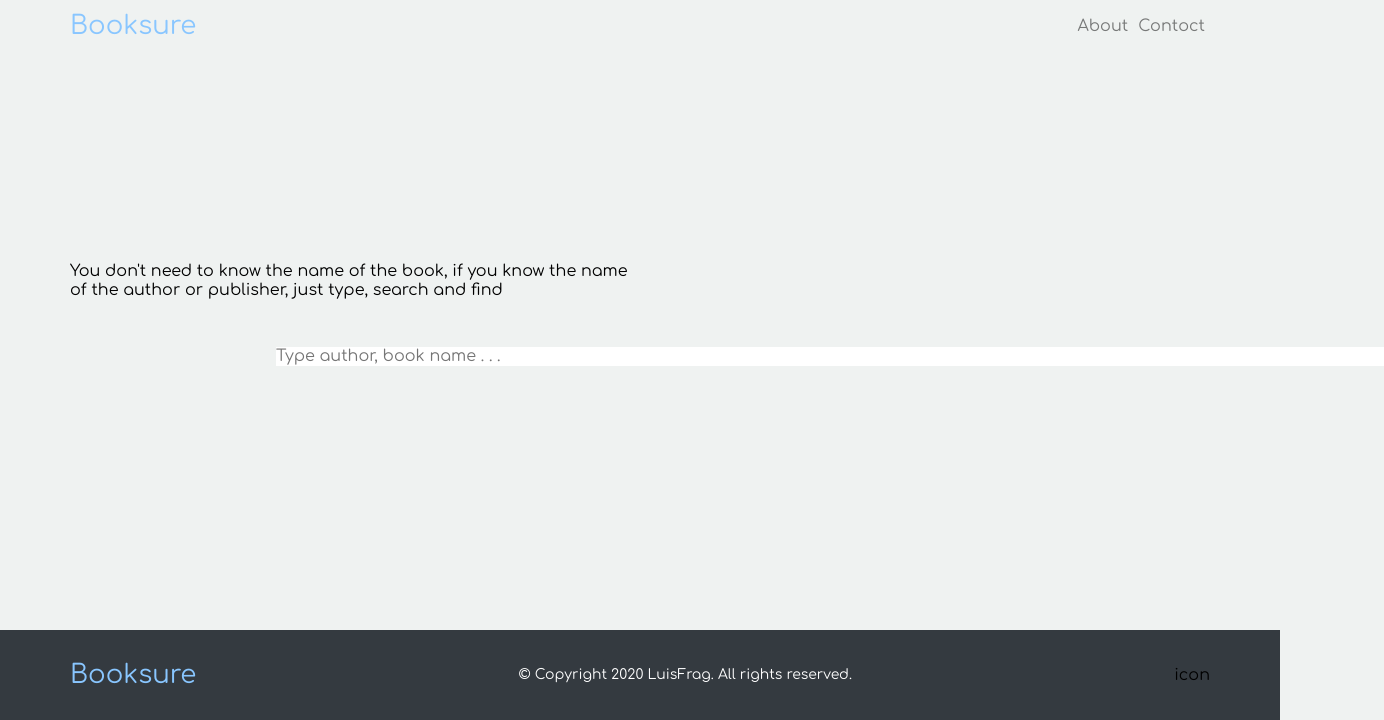
Repository: changesxxx/searchBooks
Page: /search
These files come from the project's save history. The page is drawn as it stood at one moment and after the next save; the edit follows.
The browser window is 1280 px wide. The page is 1384 px wide, then 1280 px, so the pictures cover 1384 px, including what lies to the right of the window. The pictures show the whole page.
The project was rebuilt for these pictures with package versions that can differ from the ones it lists, and the page was loaded fresh each time. Also part of the build but not shown: craco.config.js.

Above is the page before, as saved 2024-06-24 17:49:05.

### public/index.html
<!DOCTYPE html>
<html lang="en">

<head>
  <meta charset="utf-8" />
  <link rel="icon" href="%PUBLIC_URL%/favicon.ico" />
  <meta name="viewport" content="width=device-width, initial-scale=1" />
  <meta name="theme-color" content="#000000" />
  <meta name="description" content="Web site created using create-react-app" />
  <link rel="apple-touch-icon" href="%PUBLIC_URL%/logo192.png" />
  <!--
      manifest.json provides metadata used when your web app is installed on a
      user's mobile device or desktop. See https://developers.google.com/web/fundamentals/web-app-manifest/
    -->
  <link rel="manifest" href="%PUBLIC_URL%/manifest.json" />
  <!--
      Notice the use of %PUBLIC_URL% in the tags above.
      It will be replaced with the URL of the `public` folder during the build.
      Only files inside the `public` folder can be referenced from the HTML.

      Unlike "/favicon.ico" or "favicon.ico", "%PUBLIC_URL%/favicon.ico" will
      work correctly both with client-side routing and a non-root public URL.
      Learn how to configure a non-root public URL by running `npm run build`.
    -->
  <title>SearchBooks</title>
</head>

<body>
  <noscript>You need to enable JavaScript to run this app.</noscript>
  <div id="root"></div>
  <!--
      This HTML file is a template.
      If you open it directly in the browser, you will see an empty page.

      You can add webfonts, meta tags, or analytics to this file.
      The build step will place the bundled scripts into the <body> tag.

      To begin the development, run `npm start` or `yarn start`.
      To create a production bundle, use `npm run build` or `yarn build`.
    -->
</body>

</html>

### src/index.js
import React from 'react'

import ReactDOM from 'react-dom/client'

//router
import { BrowserRouter } from 'react-router-dom'

//css重置
import 'normalize.css'
import '@/assets/css/index.css'

import App from './App.jsx'

const root = ReactDOM.createRoot(document.getElementById('root'))

root.render(
  <BrowserRouter>
    <App />
  </BrowserRouter>,
)

### src/assets/css/index.css
@import './reset.css';
@import './common.css';

### src/App.jsx
import React, { memo, useEffect, useState, Suspense } from 'react'
import { useRoutes, useLocation } from 'react-router-dom'
import routes from '@/router'

import PageHeader from './components/pageHeader/PageHeader'
import PageFooter from './components/pageFooter/PageFooter'

const App = memo(() => {
  const [flag, setFlag] = useState(true)

  const location = useLocation()

  useEffect(() => {
    const isExistence = routes.some((route) => location.pathname === route.path)
    setFlag(isExistence)
  }, [location])

  return (
    <Suspense>
      <div
        style={{ display: 'flex', flexDirection: 'column', height: '100vh' }}
      >
        {flag && <PageHeader></PageHeader>}
        {useRoutes(routes)}
        {flag && <PageFooter></PageFooter>}
      </div>
    </Suspense>
  )
})

export default App

### src/assets/css/reset.css
/* 样式的重置 */
body,
html,
h1,
h2,
h3,
h4,
h5,
h6,
ul,
ol,
li,
dl,
dt,
dd,
header,
menu,
section,
p,
input,
td,
th,
ins {
  padding: 0;
  margin: 0;
}

ul,
ol,
li {
  list-style: none;
}

a {
  text-decoration: none;
  color: #666;
}

a:hover {
  color: #666;
  text-decoration: underline;
}

i,
em {
  font-style: normal;
}

input,
textarea,
button,
select,
a {
  outline: none;
  border: none;
}

table {
  border-collapse: collapse;
  border-spacing: 0;
}

img {
  border: none;
  vertical-align: middle;
}

### src/assets/css/common.css
body {
  background-color: #eff2f1;
  font-family: Comfortaa-Regular;
}

@font-face {
  font-family: Comfoorta-Bold;
  src: url('../font/Comfortaa-Bold.ttf');
}

@font-face {
  font-family: Comfortaa-Regular;
  src: url('../font/Comfortaa-Regular.ttf');
}

@font-face {
  font-family: Comfortaa-Light;
  src: url('../font/Comfortaa-Light.ttf');
}

.content_mid {
  width: 1140px;
  margin: 0 auto;
}

### src/router/index.js
import React from 'react'
import { Navigate } from 'react-router-dom'

//组件
const Home = React.lazy(() => import('@/view/home/Home'))
const Search = React.lazy(() => import('@/view/search/Search'))
const Error = React.lazy(() => import('@/view/error/Error'))

const routes = [
  {
    path: '/',
    element: <Navigate to="/home"></Navigate>,
  },
  {
    path: '/home',
    element: <Home />,
  },
  {
    path: '/search',
    element: <Search />,
  },
  {
    path: '*',
    element: <Error />,
  },
]

export default routes

### src/components/pageHeader/PageHeader.jsx
import React, { memo } from 'react'

import { useNavigate } from 'react-router-dom'

import HeaderWrapper from './style'

const PageHeader = memo(() => {
  const navigate = useNavigate()

  function goHome() {
    navigate('/home')
  }

  return (
    <HeaderWrapper className="content_mid">
      <div
        className="title"
        onClick={() => {
          goHome()
        }}
        style={{ cursor: 'pointer' }}
      >
        Booksure
      </div>
      <div className="other">
        <div className="item">About</div>
        <div className="item">Contoct</div>
      </div>
    </HeaderWrapper>
  )
})

export default PageHeader

### src/components/pageFooter/PageFooter.jsx
import React, { memo } from 'react'

import FooterWrapper from './style'

const PageFooter = memo(() => {
  return (
    <FooterWrapper>
      <div className="content_mid content ">
        <div className="title">Booksure</div>
        <div className="text">
          © Copyright 2020 LuisFrag. All rights reserved.
        </div>
        <div className="icon">icon</div>
      </div>
    </FooterWrapper>
  )
})

export default PageFooter

### src/view/search/Search.jsx
import React, { memo } from 'react'

import SearchWrapper from './style'

const Search = memo(() => {
  return (
    <SearchWrapper className="content_mid">
      <div className="describe">
        <div>
          You don't need to know the name of the book, if you know the name of
          the author or publisher, just type, search and find
        </div>
        <div></div>
      </div>

      <div className="input">
        <input
          className="search-input"
          type="text"
          placeholder="Type author, book name . . ."
        />
      </div>
    </SearchWrapper>
  )
})

export default Search

### src/components/pageHeader/style.js
import { styled } from 'styled-components'

const HeaderWrapper = styled.div`
  display: flex;
  justify-content: space-between;
  height: 40px;
  margin-top: 6px;
  padding: 0 15px;

  .title {
    display: flex;
    height: 100%;
    align-items: center;

    font-size: 26px;
    color: #89c6ff;
  }

  .other {
    display: flex;
    height: 100%;

    align-items: center;

    .item {
      margin: 0 5px;
      color: rgba(0, 0, 0, 0.5);
    }
  }
`
export default HeaderWrapper

### src/components/pageFooter/style.js
import { styled } from 'styled-components'

const FooterWrapper = styled.div`
  height: 90px;
  background-color: #343a40;

  .content {
    display: flex;
    height: 100%;
    justify-content: space-between;

    align-items: center;

    .title {
      font-size: 26px;
      color: #89c6ff;
    }

    .text {
      font-size: 14px;
      color: #fff;
    }
  }
`

export default FooterWrapper

### src/view/search/style.js
import { styled } from 'styled-components'

const searchWrapper = styled.div`
  flex: 1;
  display: flex;
  flex-direction: column;
  justify-content: center;

  .describe {
    display: flex;

    div {
      flex: 1;
    }
  }

  .input {
    padding: 48px 16px;
    text-align: center;

    .search-input {
      display: block;

      width: 100%;
      margin: 0 190px;
    }
  }
`

export default searchWrapper

After the next save:
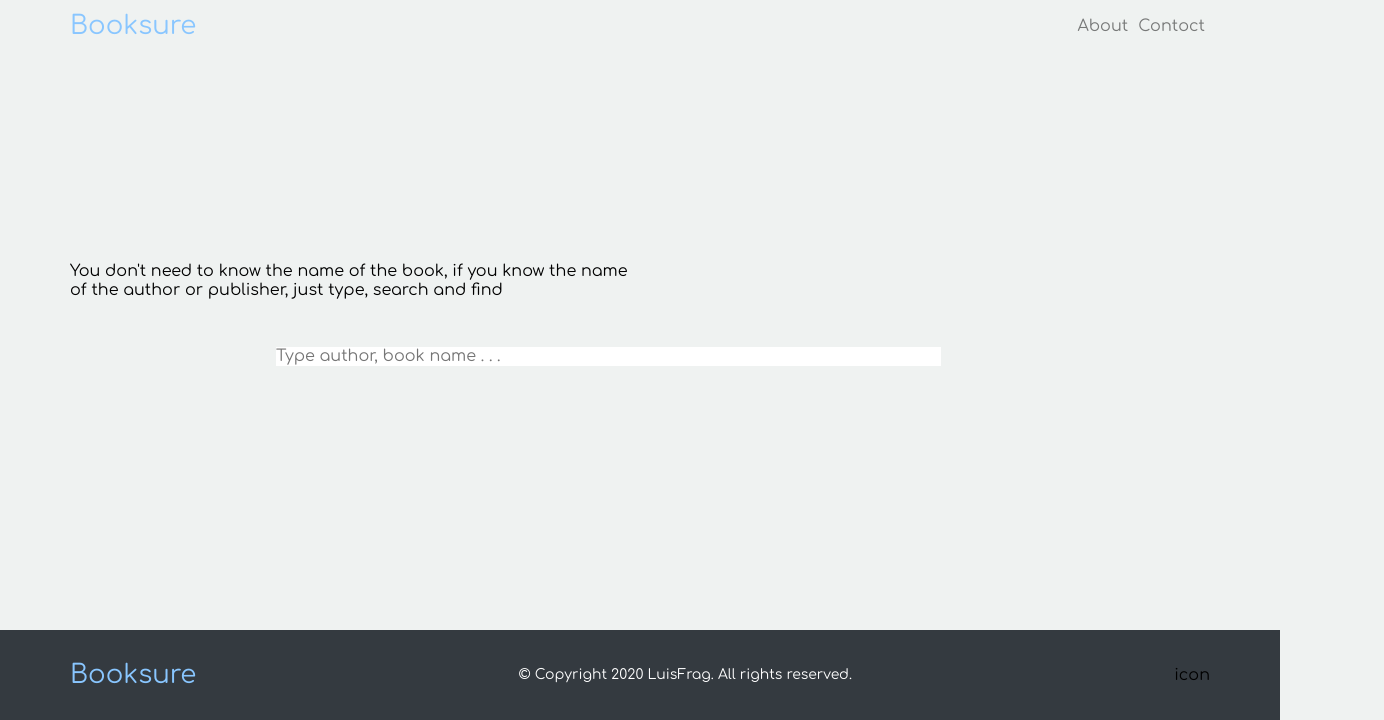
Saved 44 s later.
--- a/src/view/search/style.js
+++ b/src/view/search/style.js
@@ -21,7 +21,7 @@ const searchWrapper = styled.div`
     .search-input {
       display: block;
 
-      width: 100%;
+      width: 60%;
       margin: 0 190px;
     }
   }
